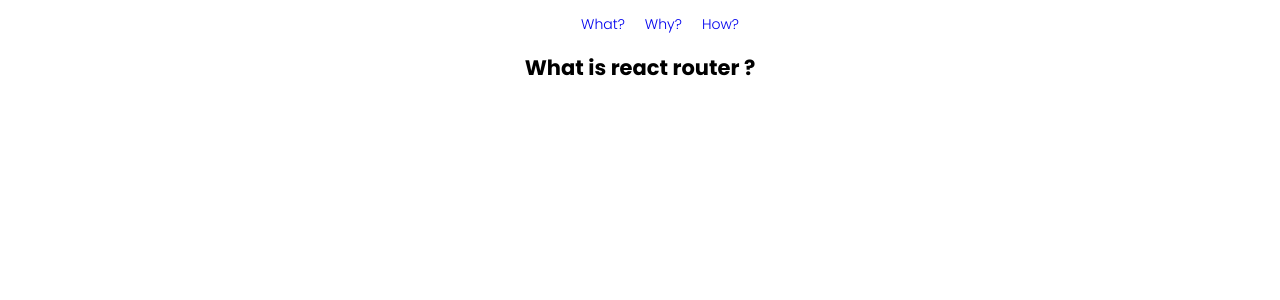
Repository: nguy3nds/2021-18-9-react
Page: /Mai
An editor plug-in stored every save of this project. The page is shown before and after the next save, followed by the edit.
The browser window is 1280 px wide. The pictures show the whole page.
The project was rebuilt for these pictures with package versions that can differ from the ones it lists, and the page was loaded fresh each time. Also part of the build but not shown: src/components/How.js, src/components/Why.js.

Above is the page before, as saved 2021-09-18 23:25:26.

After the next save:
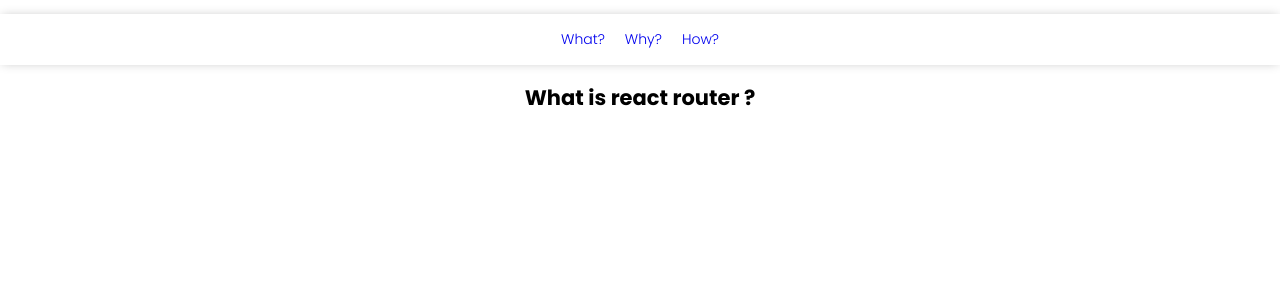
Saved 4 min 28 s later.
--- a/src/App.css
+++ b/src/App.css
@@ -58,6 +58,9 @@ button {
 .menu {
   display: flex;
   justify-content: center;
+  background-color: white;
+  padding: 1.5rem;
+  box-shadow: 0 0 10px -2px rgba(0, 0, 0, 0.25);
 }
 .menu-link {
   font-size: 1.4rem;
